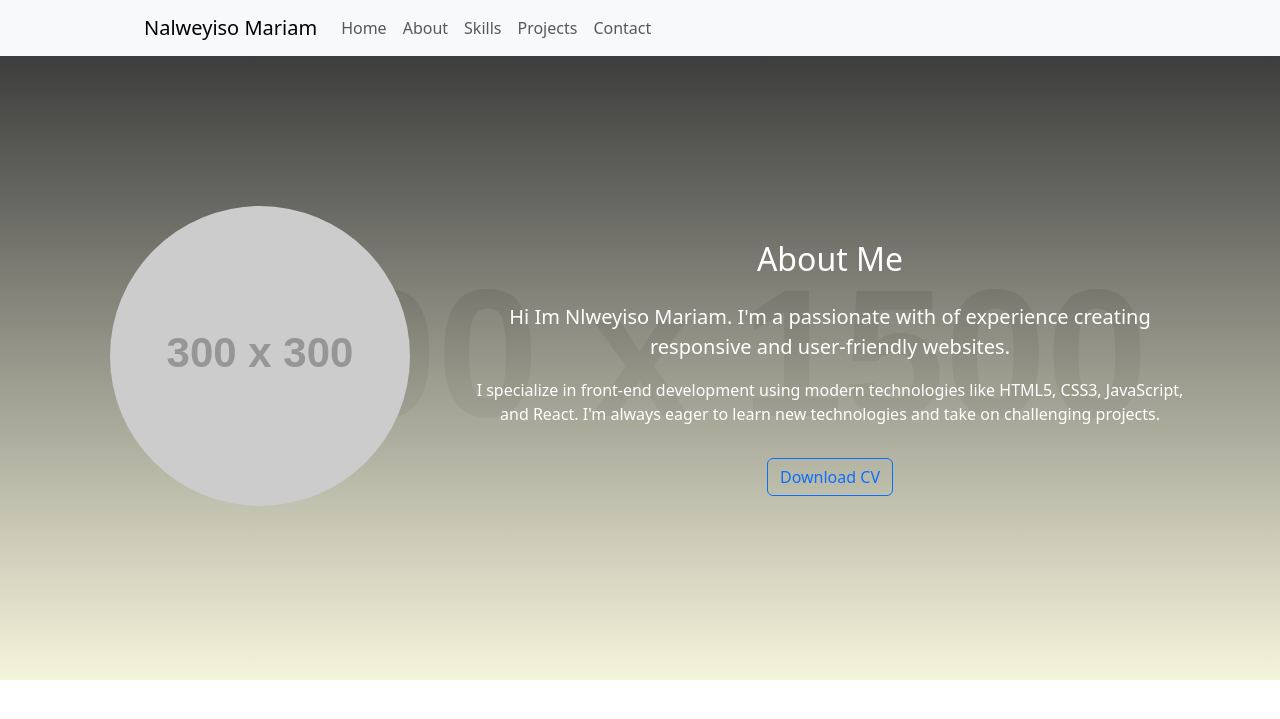
Repository: NalweMari/My-Personal-Portfolio
Page: index.html
An editor plug-in stored every save of this project. The page is shown before and after a run of saves, followed by the edit.
The browser window is 1280 px wide. The pictures show the whole page.

Above is the page before, as saved 2025-11-27 12:44:09.
Console error (its wording comes from the project's code and is left out).

After the next 5 saves:
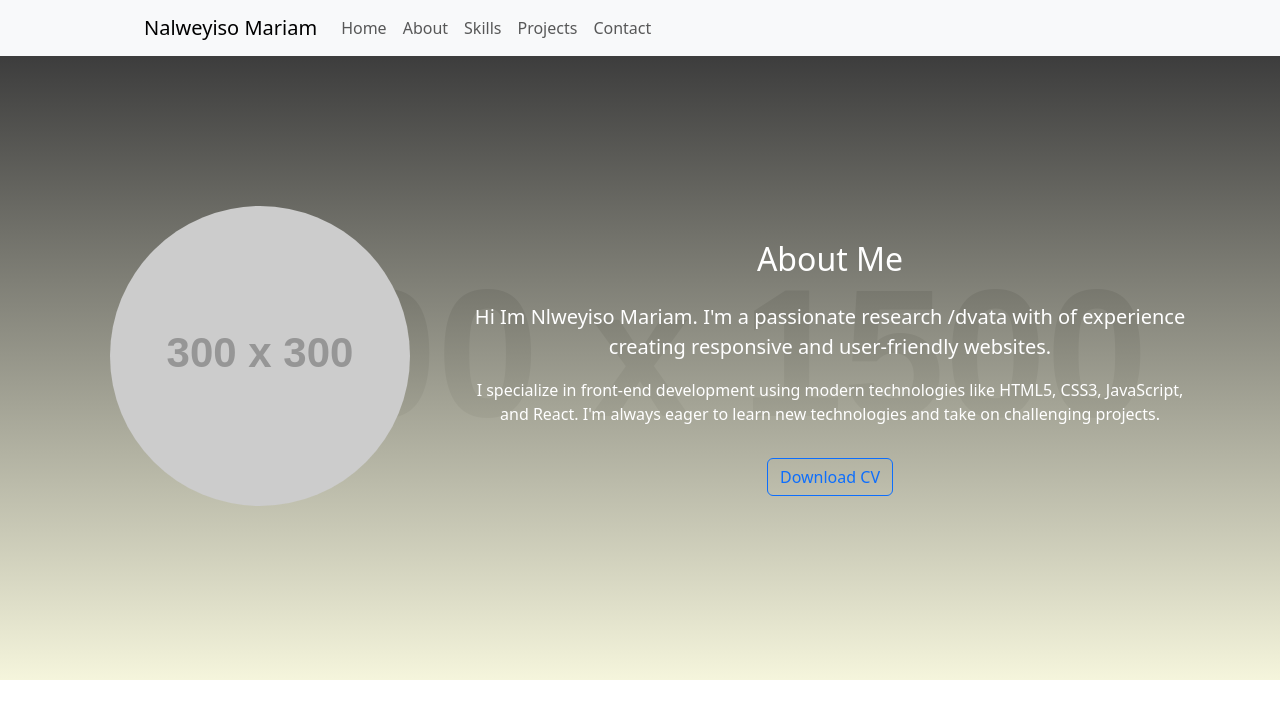
The 5 saves are shown as one change because they came seconds apart.
The last was saved 13 s later.
--- a/index.html
+++ b/index.html
@@ -52,7 +52,7 @@
                 </div>
                 <div class="col-md-8">
                     <h2 class="mb-4">About Me</h2>
-                    <p class="lead">Hi Im Nlweyiso Mariam. I'm a passionate  with  of experience creating responsive and user-friendly websites.</p>
+                    <p class="lead">Hi Im Nlweyiso Mariam. I'm a passionate research /dvata with  of experience creating responsive and user-friendly websites.</p>
                     <p>I specialize in front-end development using modern technologies like HTML5, CSS3, JavaScript, and React. I'm always eager to learn new technologies and take on challenging projects.</p>
                     <a href="#" class="btn btn-outline-primary mt-3">Download CV</a>
                 </div>
